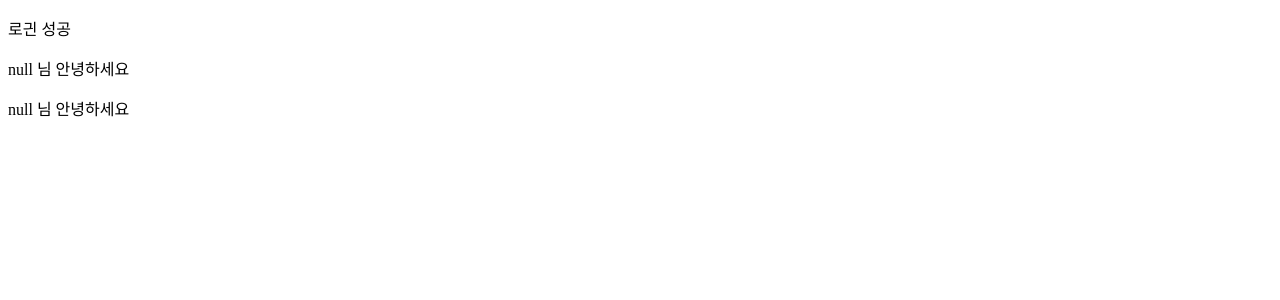
Repository: gain00/lecture1
Page: http://localhost/db-connect/login-ok.jsp
These files come from the project's save history. The page is drawn as it stood at one moment and after the next save; the edit follows.
The browser window is 1280 px wide. The pictures show the whole page.
The page is served by Tomcat 9. Other server files are loaded and not shown.

Above is the page before, as saved 2023-06-07 05:03:12.

### db-connect/src/main/webapp/login-ok.jsp
<%@ page language="java" contentType="text/html; charset=UTF-8"
    pageEncoding="UTF-8"%>
    <%
    	String userId = request.getParameter("userId");
    String requestUserId = (String)request.getAttribute("userId");
    %>

<!DOCTYPE html>
<html>
<head>
<meta charset="UTF-8">
<title>Insert title here</title>
</head>
<body>
	<p>로긘 성공</p>
	<p><%=userId%> 님 안녕하세요</p>
	<p><%=requestUserId%> 님 안녕하세요</p>

</body>
</html>

### db-connect/src/main/webapp/include/header.jsp
<%@ page language="java" contentType="text/html; charset=UTF-8" pageEncoding="UTF-8"%>
<!DOCTYPE html>
<html>
  <head>
    <meta charset="UTF-8" />
    <title>Insert title here</title>
    <link rel="styleheet" href="css/layout.css" />
    <link rel="stylesheet" href="css/bootstrap.min.css" />
    <script src="js/bootstrap.bundle.min.js"></script>
  </head>
  <body>
    <header>
      <h1>wjdwo1104</h1>
      <nav class="gnb">
        <ul>
          <li><a href="join-form.jsp">회원가입</a></li>
          <li><a href="login-form.jsp">로그인</a></li>
        </ul>
      </nav>
    </header>

Loaded but not shown: db-connect/src/main/webapp/include/footer.jsp (common file); db-connect/src/main/webapp/css/bootstrap.min.css (library); db-connect/src/main/webapp/js/bootstrap.bundle.min.js (library)

After the next save:
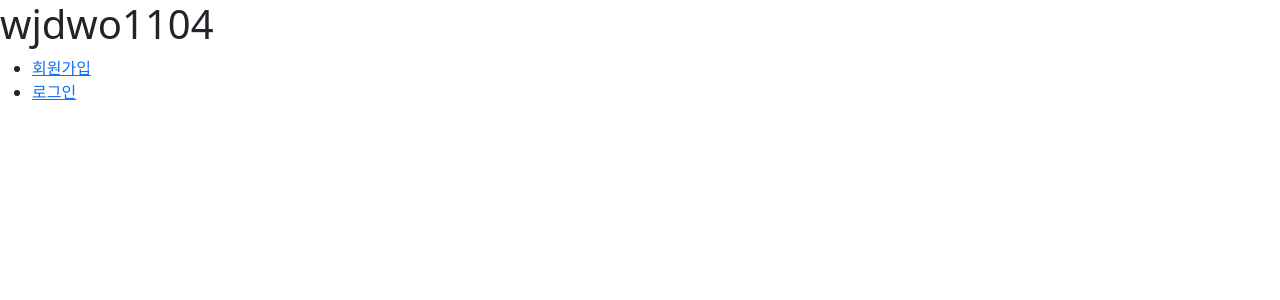
Saved 112 s later.
--- a/db-connect/src/main/webapp/login-ok.jsp
+++ b/db-connect/src/main/webapp/login-ok.jsp
@@ -1,20 +1,4 @@
 <%@ page language="java" contentType="text/html; charset=UTF-8"
     pageEncoding="UTF-8"%>
-    <%
-    	String userId = request.getParameter("userId");
-    String requestUserId = (String)request.getAttribute("userId");
-    %>
-
-<!DOCTYPE html>
-<html>
-<head>
-<meta charset="UTF-8">
-<title>Insert title here</title>
-</head>
-<body>
-	<p>로긘 성공</p>
-	<p><%=userId%> 님 안녕하세요</p>
-	<p><%=requestUserId%> 님 안녕하세요</p>
-
-</body>
-</html>
+   <%@include file = "include/header.jsp"%>
+    <%@include file = "include/footer.jsp"%>
